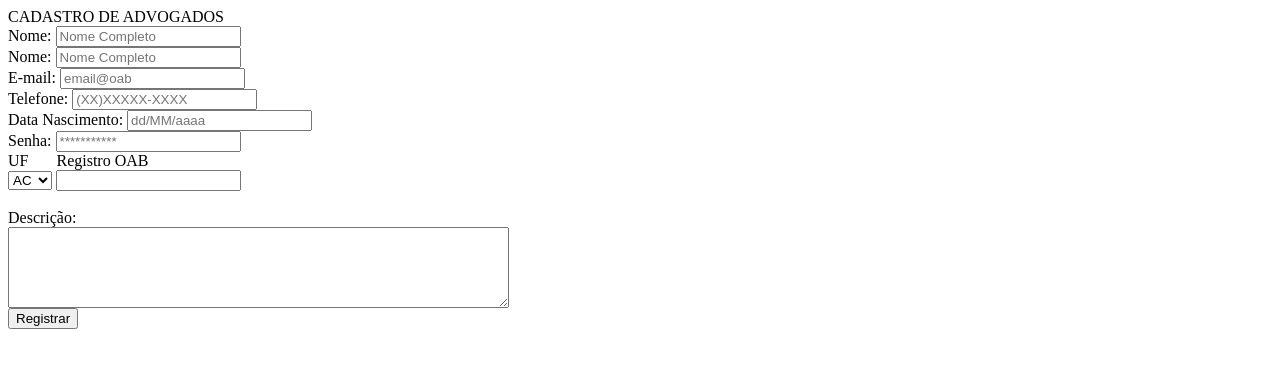
Repository: Natan16/CRUDJUSTTO
Page: http://localhost/CRUDJUSTTOWEB/adiciona-advogado.jsp
An editor plug-in stored every save of this project. The page is shown before and after the next save, followed by the edit.
The browser window is 1280 px wide. The pictures show the whole page.
The page is served by Tomcat 9.

Above is the page before, as saved 2019-08-31 23:10:37.

After the next save:
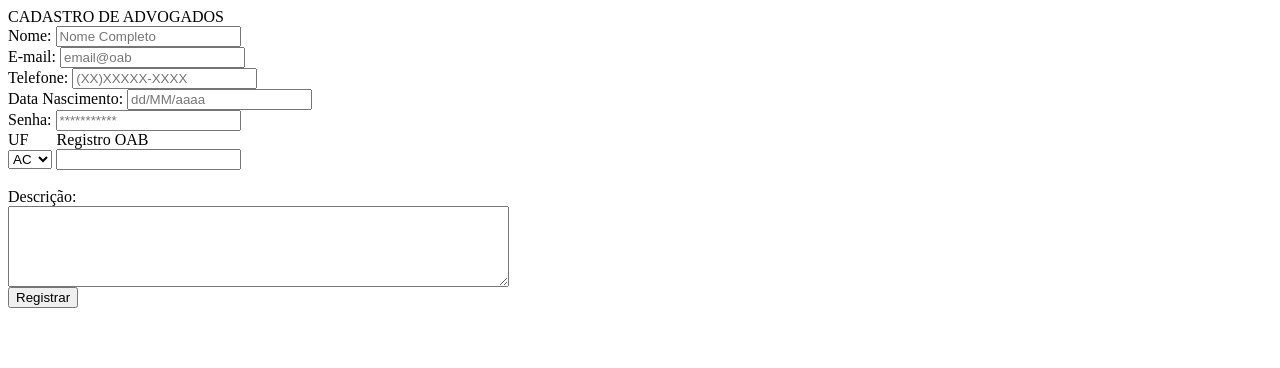
Saved 32 s later.
--- a/CRUDJUSTTOWEB/WebContent/adiciona-advogado.jsp
+++ b/CRUDJUSTTOWEB/WebContent/adiciona-advogado.jsp
@@ -8,9 +8,8 @@
           CADASTRO DE ADVOGADOS <br />
       	<form action="adicionaAdvogado">
              <c:choose>
-			 	<c:when test="${not empty param.registroOAB}">
-					Nome: <input type="text" name="nome" placeholder="Nome Completo" value="${param.nome}" required/><br />
-			    </c:when>
+			 	<c:if test="${not empty param.registroOAB}">
+				</c:if>
 
 			    <c:otherwise>
 			   		Nome: <input type="text" name="nome" placeholder="Nome Completo" required/><br />
